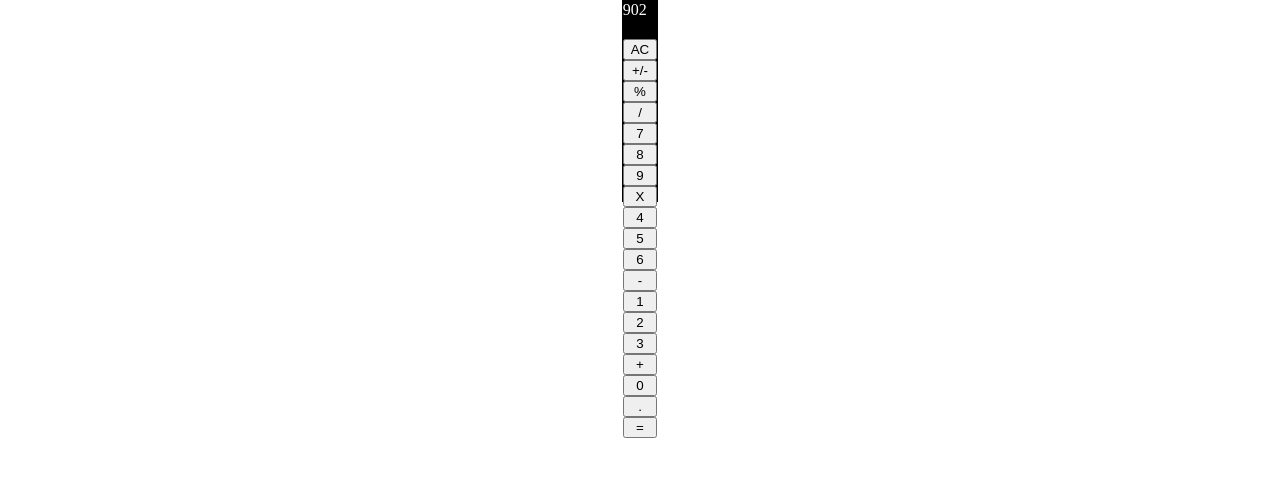
Repository: dmpelaez/calculator
Page: Calculator.html
An editor plug-in stored every save of this project. The page is shown before and after the next save, followed by the edit.
The browser window is 1280 px wide. The pictures show the whole page.

Above is the page before, as saved 2025-12-15 19:48:28.

After the next save:
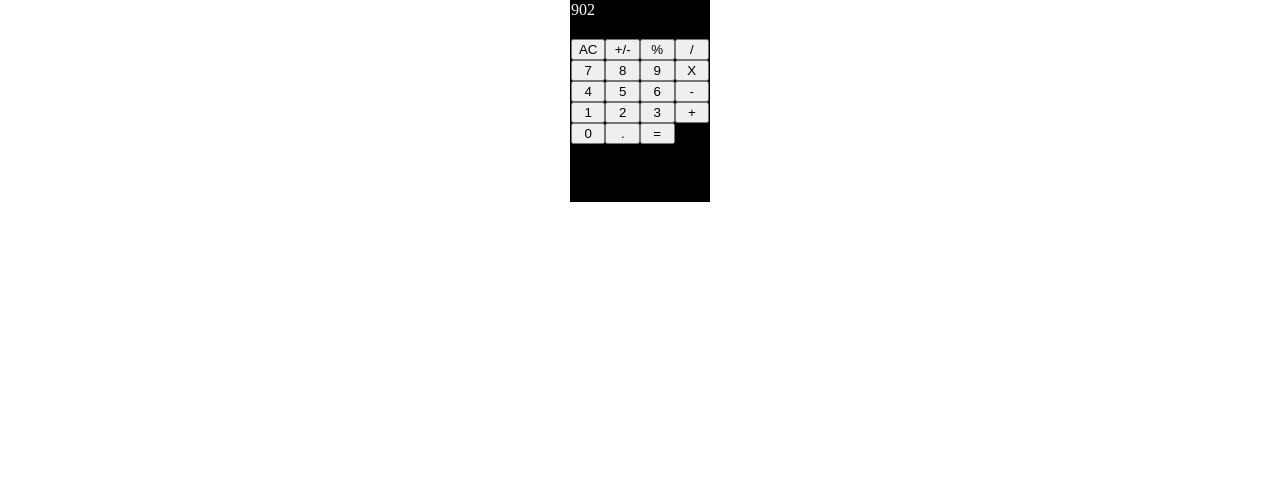
Saved 18 s later.
--- a/Calculator.css
+++ b/Calculator.css
@@ -21,4 +21,5 @@ background: black;
 }
 .btnSection {
   display: grid;
+  grid-template-columns: 1fr 1fr 1fr 1fr;
 }
